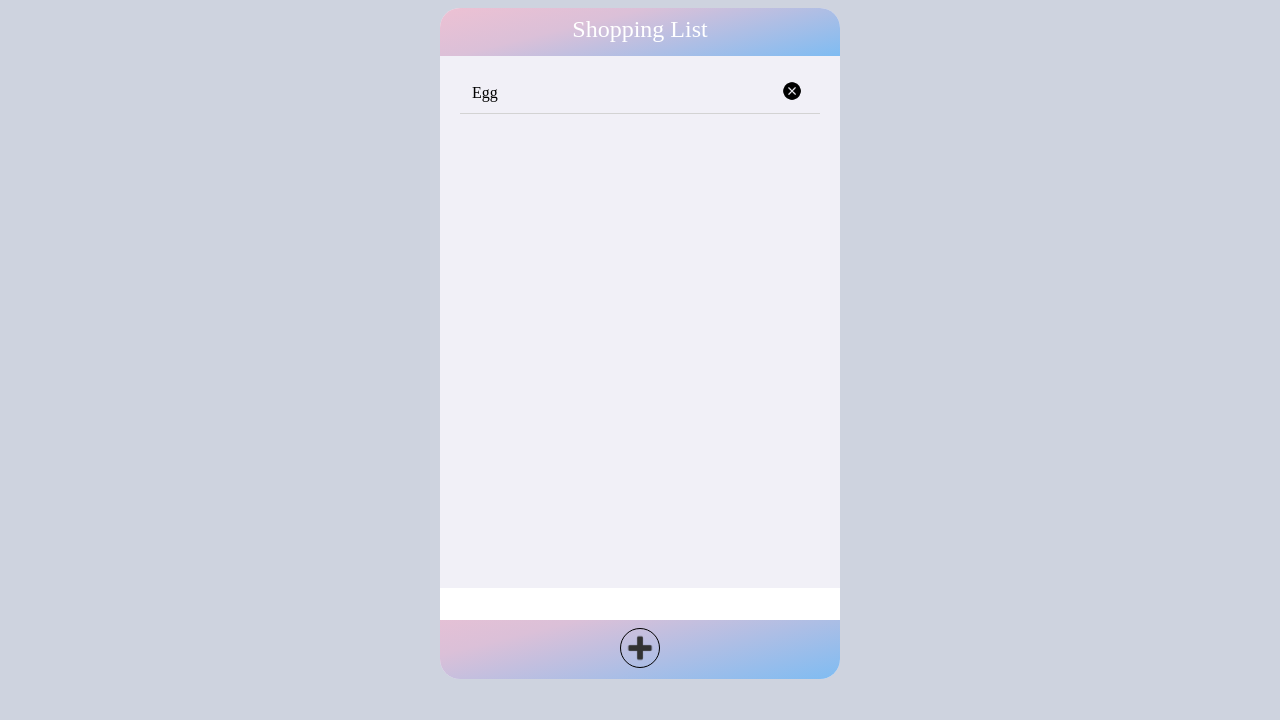
Repository: yoon-dh/JS_Prac
Page: shopping_list/shopping_list.html
The author's editor kept a copy of each file at every save. The page is drawn from the files as they stood at one save, then again after the next save.
The browser window is 1280 px wide. The pictures show the whole page.

Above is the page before, as saved 2023-06-21 22:32:22.

### shopping_list/shopping_list.html
<!DOCTYPE html>
<html lang="en">
  <head>
    <meta charset="UTF-8" />
    <meta http-equiv="X-UA-Compatible" content="IE=edge" />
    <meta name="viewport" content="width=device-width, initial-scale=1.0" />
    <title>Document</title>
    <link rel="stylesheet" href="style.css" />
    <script src="main.js" defer></script>
  </head>
  <body>
    <section class="list">
      <header class="header">Shopping List</header>
      <ul class="items">
        <li class="item_row">
          <div class="item">
            <span class="item_name">Egg</span>
            <button class="item_delete_btn">
              <img class="item_delete" src="image/delete-button.png" alt="" />
            </button>
          </div>
          <div class="item_divider"></div>
        </li>
      </ul>
      <footer class="footer">
        <input class="footer_input" type="text" />
        <button class="footer_button">
          <img class="item_plus" src="image/plus-icon-black-2.png" alt="" />
        </button>
      </footer>
    </section>
  </body>
</html>

### shopping_list/style.css
* {
  box-sizing: border-box;
}

ul {
  padding: 0;
}

body {
  background-color: #ced3df;
  text-align: center;
}

button {
  outline: none;
  border: none;
  background: transparent;
  cursor: pointer;
}

.list {
  width: 400px;
  margin: auto;
  background-color: #f1f0f7;
  border-radius: 20px;
}

.header {
  height: 48px;
  padding: 8px;
  font-size: 24px;
  background: rgba(237, 193, 211);
  background: linear-gradient(
    166deg,
    rgba(237, 193, 211, 1) 0%,
    rgba(219, 192, 216, 1) 35%,
    rgba(127, 188, 242, 1) 100%
  );
  border-radius: 20px 20px 0px 0px;
  color: white;
}

.items {
  height: 500px;
  overflow-y: auto;
}

.item {
  display: flex;
  justify-content: space-between;
  padding: 8px 32px;
  align-items: center;
}

.item_divider {
  width: 90%;
  height: 1px;
  background-color: lightgray;
  margin: auto;
}

.item_delete {
  width: 20px;
  height: 20px;
  transition: all 300ms ease-in;
}
.item_delete:hover {
  transform: scale(1.1);
}

.footer_button {
  padding: 8px;
}

.item_plus {
  width: 40px;
  height: 40px;
  border: 1.5px solid black;
  border-radius: 50%;
}

.footer {
  background: rgba(237, 193, 211);
  background: linear-gradient(
    166deg,
    rgba(237, 193, 211, 1) 0%,
    rgba(219, 192, 216, 1) 35%,
    rgba(127, 188, 242, 1) 100%
  );

  border-radius: 0px 0px 20px 20px;

  display: flex;
  flex-direction: column;
}

.footer_input {
  width: 100%;
  height: 32px;
  border: none;
  outline: none;
  font-size: 24px;
  padding: 0px 16px;
}

Loaded but not shown: shopping_list/main.js (no copy from this time; the picture is the same without it)

After the next save:
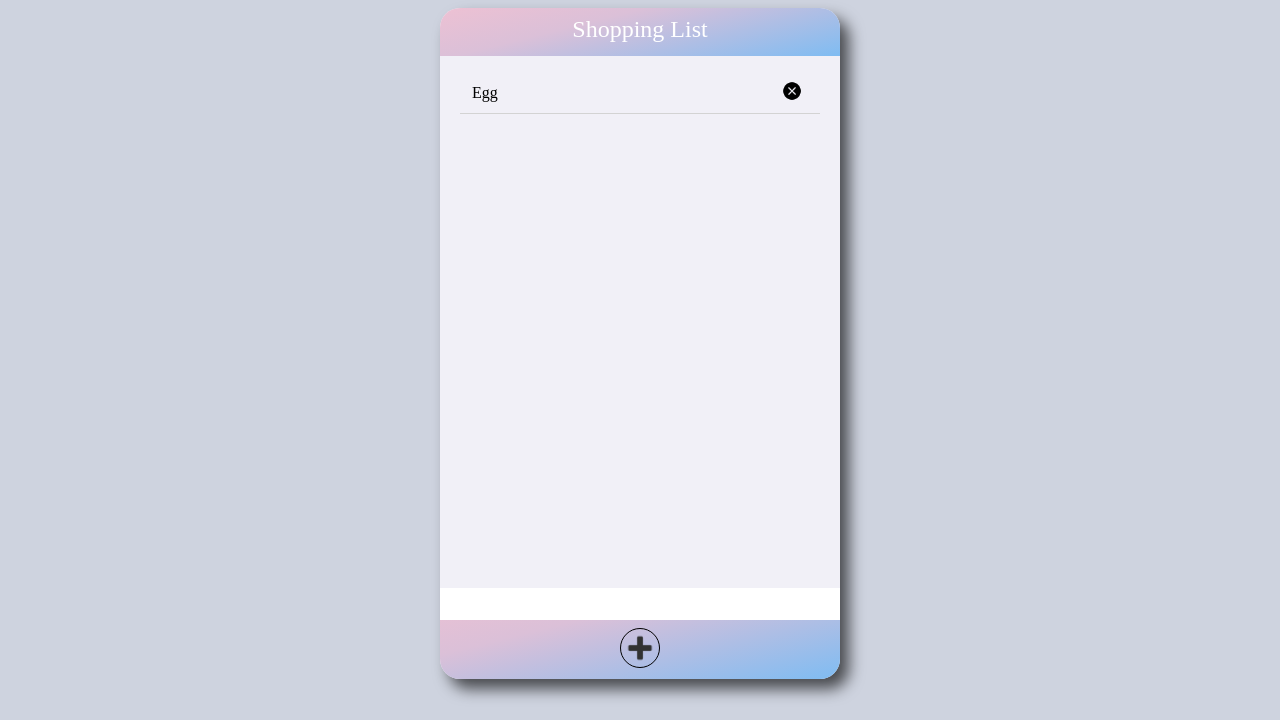
Saved 4 min 24 s later.
--- a/shopping_list/style.css
+++ b/shopping_list/style.css
@@ -23,6 +23,8 @@ button {
   margin: auto;
   background-color: #f1f0f7;
   border-radius: 20px;
+  -webkit-box-shadow: 9px 10px 15px 0px rgba(0, 0, 0, 0.65);
+  box-shadow: 9px 10px 15px 0px rgba(0, 0, 0, 0.65);
 }
 
 .header {
